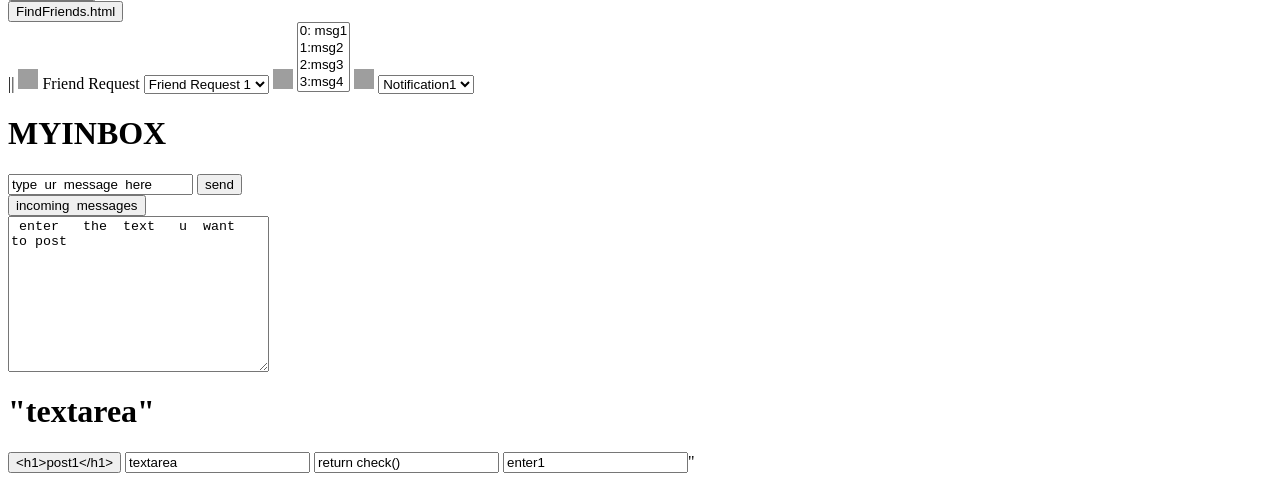
Repository: heenasalim/Java_Script
Page: Simplehtmldemo/WebContent/home.html
These files come from the project's save history. The page is drawn as it stood at one moment and after the next save; the edit follows.
The browser window is 1280 px wide. The pictures show the part of the page from y = 658 to 1157 px (the page is 1139 px tall before and 1157 px after).
Pictures or frames that could not be fetched are drawn as grey boxes. A picture or video elsewhere on the page could not be fetched, so the positions and the page height are approximate.

Above is the page before, as saved 2015-10-12 14:36:08.

### Simplehtmldemo/WebContent/home.html
<!DOCTYPE html PUBLIC "-//W3C//DTD HTML 4.01 Transitional//EN" "http://www.w3.org/TR/html4/loose.dtd">
<html>
<head>
<meta http-equiv="Content-Type" content="text/html; charset=ISO-8859-1">
<title>Insert title here</title>
<script type="text/javascript">
function check(f)
{

document.getElementById("enter").value=f.value;



}

</script>
</head>
<body>
<p  style="background-color:blue">
<img    alt="logo" src="C:\Users\Lenovo\Downloads\h">
<form  action="Profile.html">
<input  type="text" name="search"  value="search the  frnds">
<img   alt="search"   src="C:\Users\Lenovo\Downloads\abba.jpg">
<img   alt="profile"  src="C:\Users\Lenovo\Downloads\gsg.jpg">
<input  type="submit" name="profile"  value="Profile.html" >
<!--  username=heena.html"-->

</form>
<form  action="home.html">
<input  type="submit" name="home"   value="Home1.html">
</form>
<form  action="FindFriends.html">
<input type="submit"   name="findf"   value="FindFriends.html">
</form>
||
<!-- <form  action="Home1.html"> -->
<img alt=""  src="C:\Users\Lenovo\Downloads\a.jpg" height="20" width="20">
<!--  </form> -->

Friend  Request
<select>

<option>Friend  Request  1
</option>
<option>Friend  Request  2
</option>
<option>Friend  Request  3
</option>
<option>Friend  Request  4
</option>

</select>

<img alt=""  src="C:\Users\Lenovo\Downloads\gsgsg.jpg" height="20" width="20">
<select name="m"  multiple="multiple">
<option  id="1"   >0: msg1</option>

<option>1:msg2</option>

<option>2:msg3</option>

<option>3:msg4</option>


</select>
<img alt=""  src="C:\Users\Lenovo\Downloads\vvvz"  height="20" width="20">
<select>
<option>Notification1
</option>
<option>Notification2
</option>
<option>Notification3
</option>
<option>Notification4
</option>
</select>

</form>

<form  action=MessageServlet>
<h1>MYINBOX</h1>
<input  type="text"  name="te"  id="t" value="type  ur  message  here"/>
<input  type="submit"  value="send"/>
</form>
<form action="Fbuser2servlet"  method="post"></form>
<input  type="submit" onclick=""   value="incoming  messages" >
<br/>

<textarea rows="10" cols="30"  name="textarea"  id="enter"> enter   the  text   u  want   to post </textarea>
<h1>"textarea"</h1>
<form action="MessageServlet"    method="post">
<input  type="submit"  id="textareasss"  value="<h1>post1</h1>"  >
<input  type="text"  name="post333"  id="post333" value="textarea" onkeyup="check(this)" >
<input  type="text"  name="practice1"  id="practice2" value="return check()"  >
<input type="text" name="textfeild"   value=enter1 />"


</form >
<a></a>
</body>
</html>

After the next save:
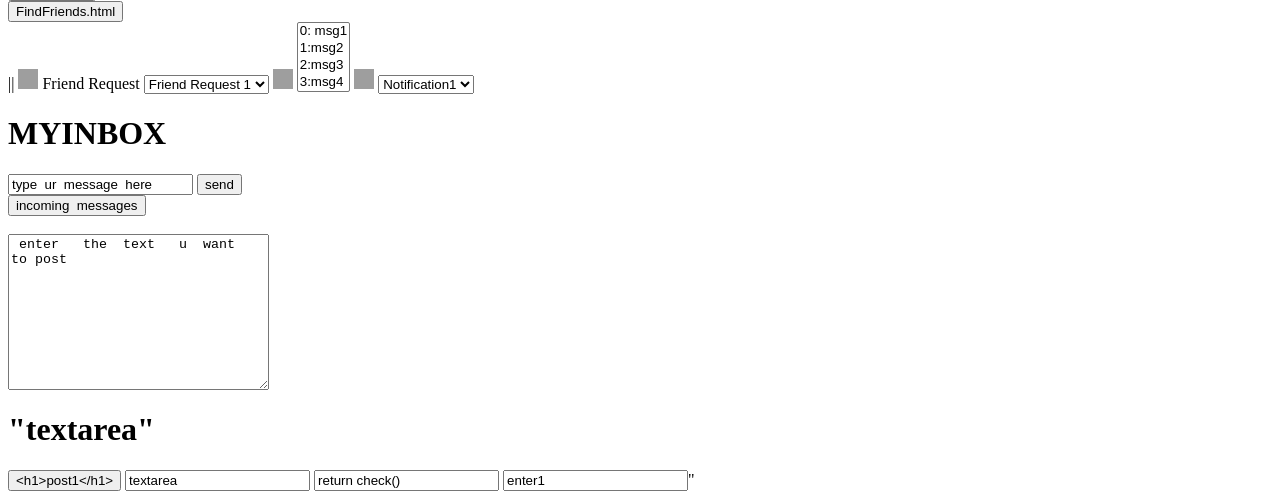
Saved 20 s later.
--- a/Simplehtmldemo/WebContent/home.html
+++ b/Simplehtmldemo/WebContent/home.html
@@ -82,8 +82,9 @@ Friend  Request
 <input  type="text"  name="te"  id="t" value="type  ur  message  here"/>
 <input  type="submit"  value="send"/>
 </form>
-<form action="Fbuser2servlet"  method="post"></form>
+<form action="Fbuser2servlet"  method="post">
 <input  type="submit" onclick=""   value="incoming  messages" >
+</form>
 <br/>
 
 <textarea rows="10" cols="30"  name="textarea"  id="enter"> enter   the  text   u  want   to post </textarea>
